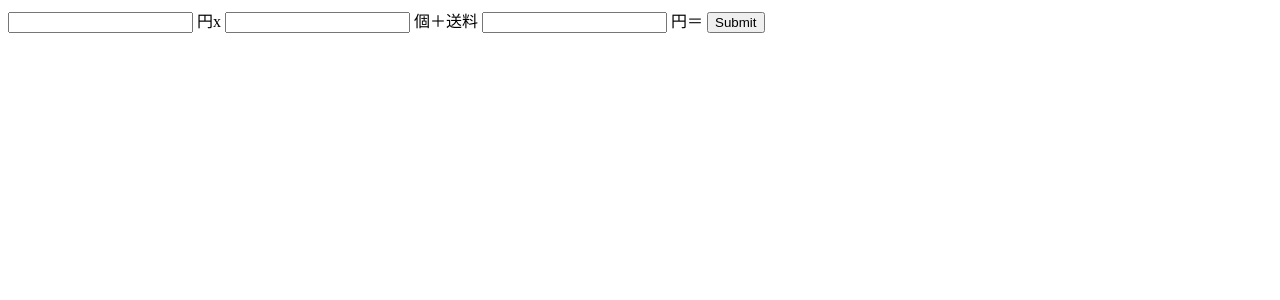
Repository: y321sudo/test
Page: http://localhost/HelloJSP/greeting-out.jsp
These files come from the project's save history. The page is drawn as it stood at one moment and after the next save; the edit follows.
The browser window is 1280 px wide. The pictures show the whole page.
The page is served by Tomcat 9.

Above is the page before, as saved 2018-01-31 08:24:52.

### HelloJSP/WebContent/greeting-out.jsp
<%@ page language="java" contentType="text/html; charset=UTF-8" pageEncoding="UTF-8"%>
<!DOCTYPE html>
<html>
<head>
<meta charset="UTF-8">
<title>Insert title here</title>
</head>
<body>
	<form method="post" action="total-out.jsp">
	<input type="text" name="price">
	円x
	<input type="text" name="count">
	個＋送料
	<input type="text" name="delivery">
	円＝
	<input type="submit" name="計算">
	</form>
</body>
</html>

After the next save:
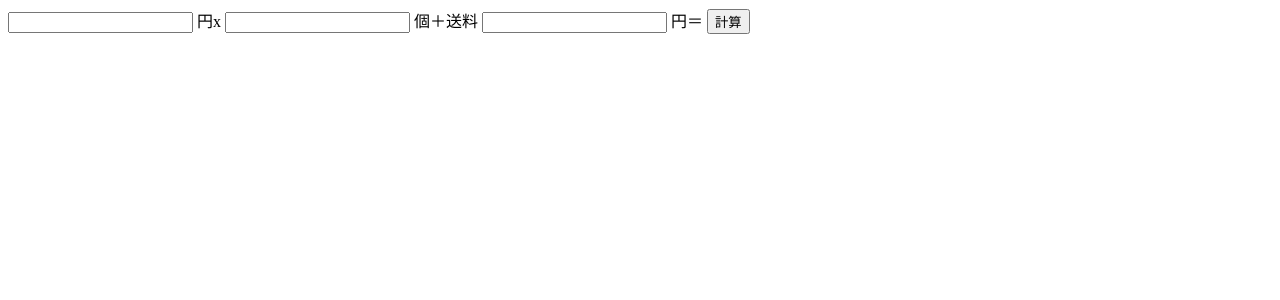
Saved 71 s later.
--- a/HelloJSP/WebContent/greeting-out.jsp
+++ b/HelloJSP/WebContent/greeting-out.jsp
@@ -13,7 +13,7 @@
 	個＋送料
 	<input type="text" name="delivery">
 	円＝
-	<input type="submit" name="計算">
+	<input type="submit" value="計算">
 	</form>
 </body>
 </html>
